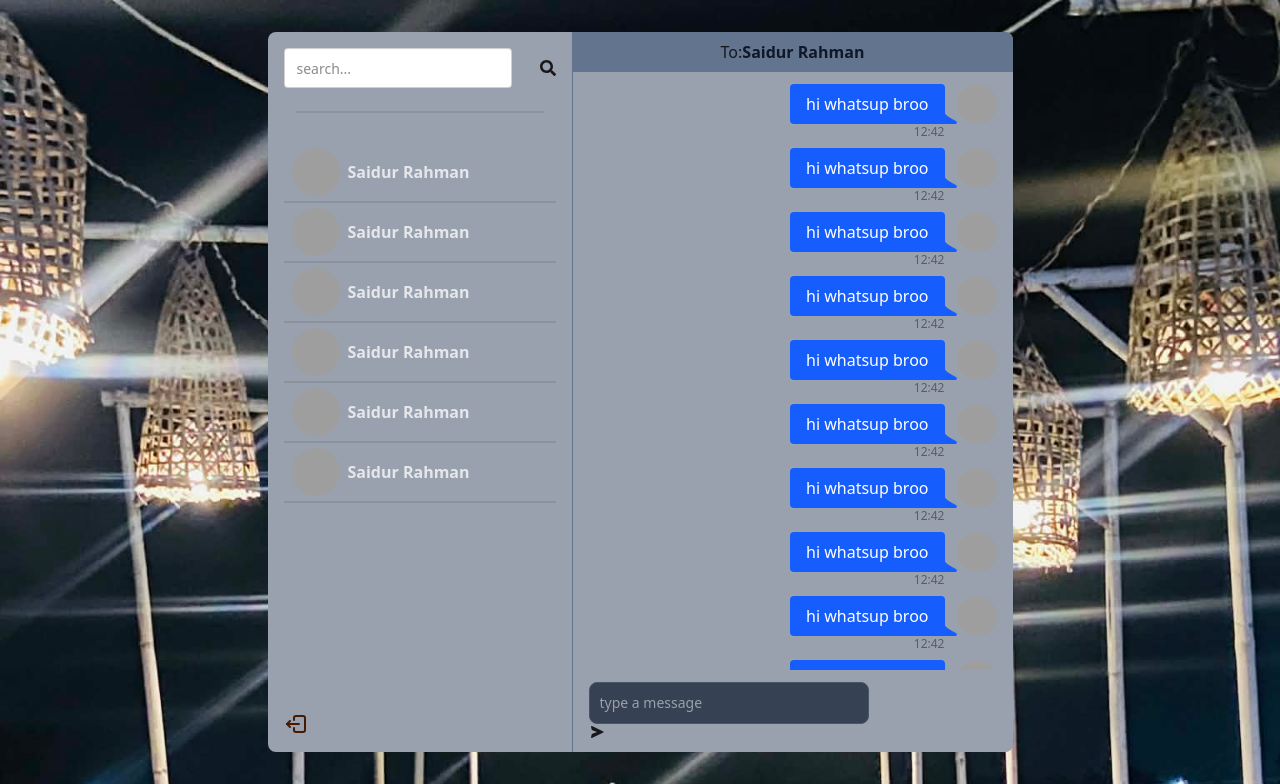
Repository: ridhukhan/chatapp
Page: / (app in frontend/)
These files come from the project's save history. The page is drawn as it stood at one moment and after the next save; the edit follows.
The browser window is 1280 px wide. The pictures show the whole page.
Pictures or frames that could not be fetched are drawn as grey boxes. An inner scrolling area shows only its first screen. Backgrounds fixed to the window are drawn as part of the page. The project was rebuilt for these pictures with package versions that can differ from the ones it lists, and the page was loaded fresh each time. Also part of the build but not shown: frontend/vite.config.js, frontend/src/Pages/login/Login.jsx, frontend/src/Pages/signup/GendarCheckbox.jsx, frontend/src/Pages/signup/SignUp.jsx.

Above is the page before, as saved 2025-12-25 19:14:42.

After the next save:
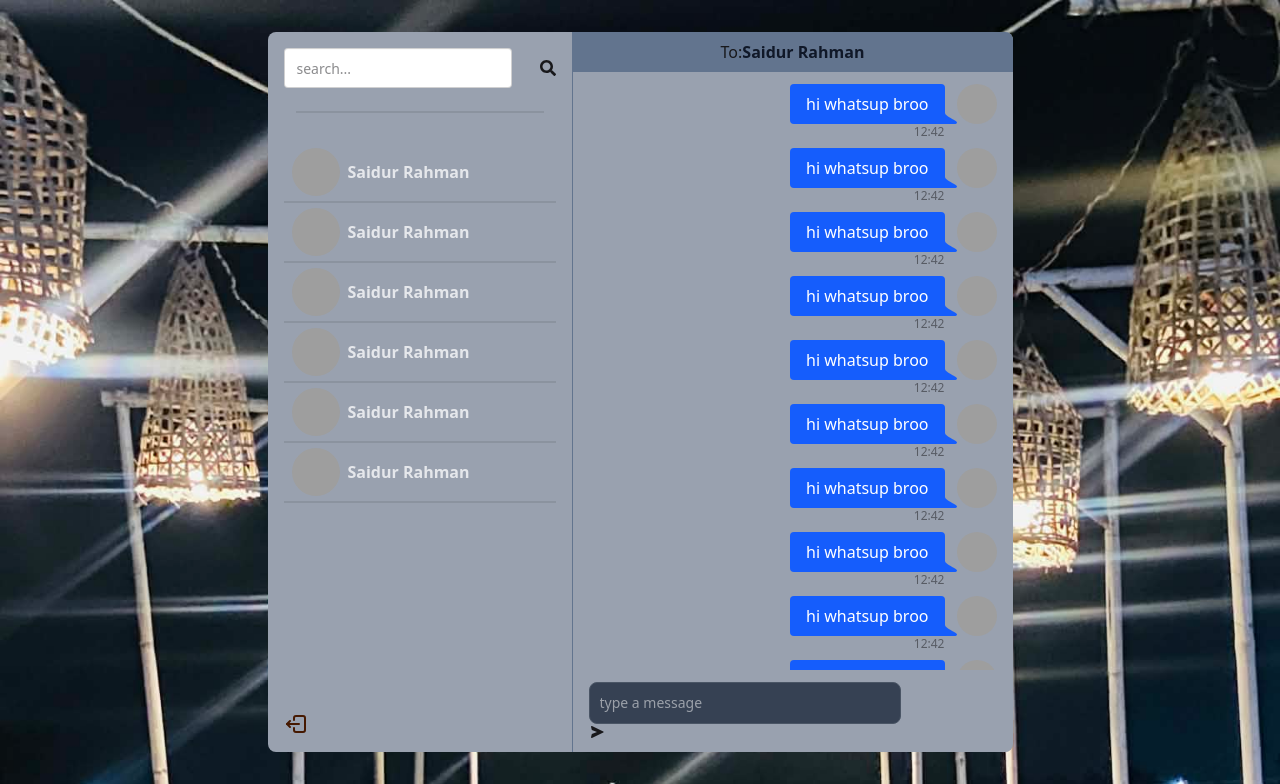
Saved 13 s later.
--- a/frontend/src/Components/messages/MessageInput.jsx
+++ b/frontend/src/Components/messages/MessageInput.jsx
@@ -5,7 +5,7 @@ const MessageInput = () => {
     <form className='px-4 my-3'>
 
 <div className='w-full'>
-<input type="text" className='border text-sm rounded-lg block w-70 p-2.5 bg-gray-700 border-gray-600 text-white'
+<input type="text" className='border text-sm rounded-lg block w-78 p-2.5 bg-gray-700 border-gray-600 text-white'
 placeholder='type a message'/>
 
 <button type='submit'className='absulate inset-y-0 end-0 flex items-center pe-3'>
